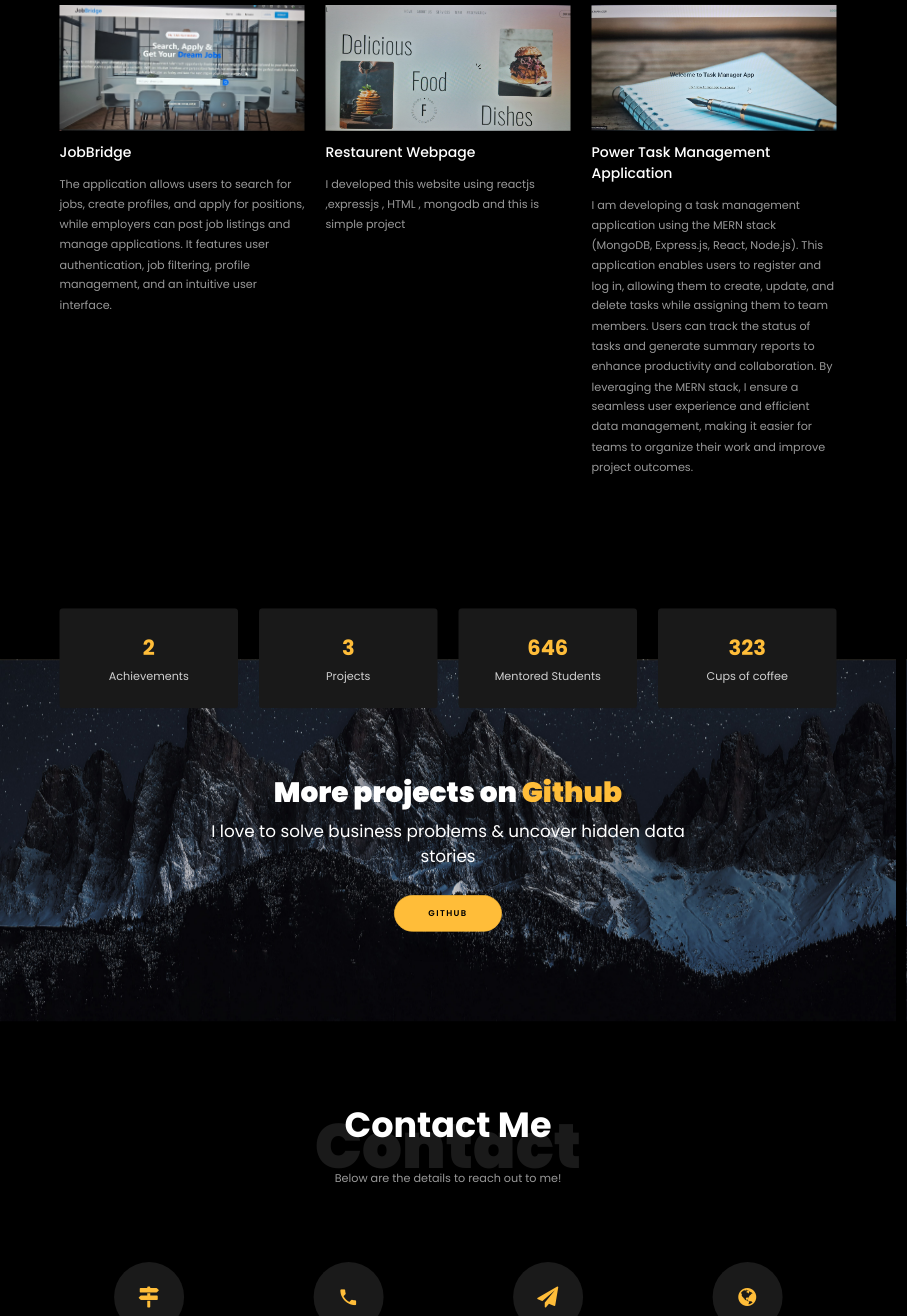
Repository: abp197/portfolio-website
Page: index.html
The author's editor kept a copy of each file at every save. The page is drawn from the files as they stood at one save, then again after the next save.
The browser window is 1280 px wide. The page is 1295 px wide, so the pictures cover 1295 px, including what lies to the right of the window. The pictures show the part of the page from y = 3717 to 5597 px (the page is 6341 px tall), at 70% of full size.

Above is the page before, as saved 2024-10-16 01:12:15.
Console error (its wording comes from the project's code and is left out).

After the next save:
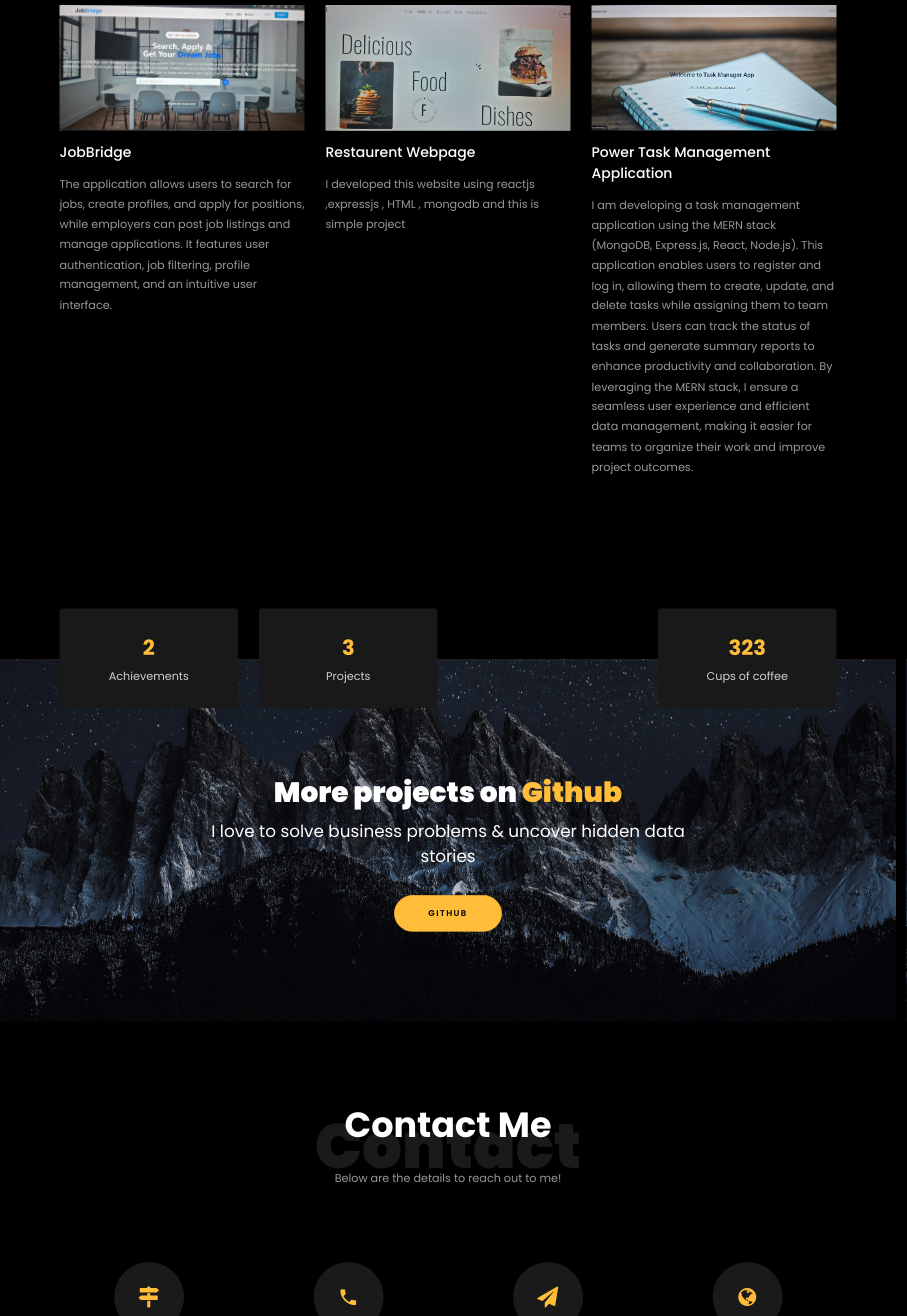
Saved 31 s later.
--- a/index.html
+++ b/index.html
@@ -502,12 +502,7 @@
 					</div>
 				</div>
 				<div class="col-md d-flex justify-content-center counter-wrap ftco-animate">
-					<div class="block-18">
-						<div class="text">
-							<strong class="number" data-number="1000">0</strong>
-							<span>Mentored Students</span>
-						</div>
-					</div>
+
 				</div>
 				<div class="col-md d-flex justify-content-center counter-wrap ftco-animate">
 					<div class="block-18">
